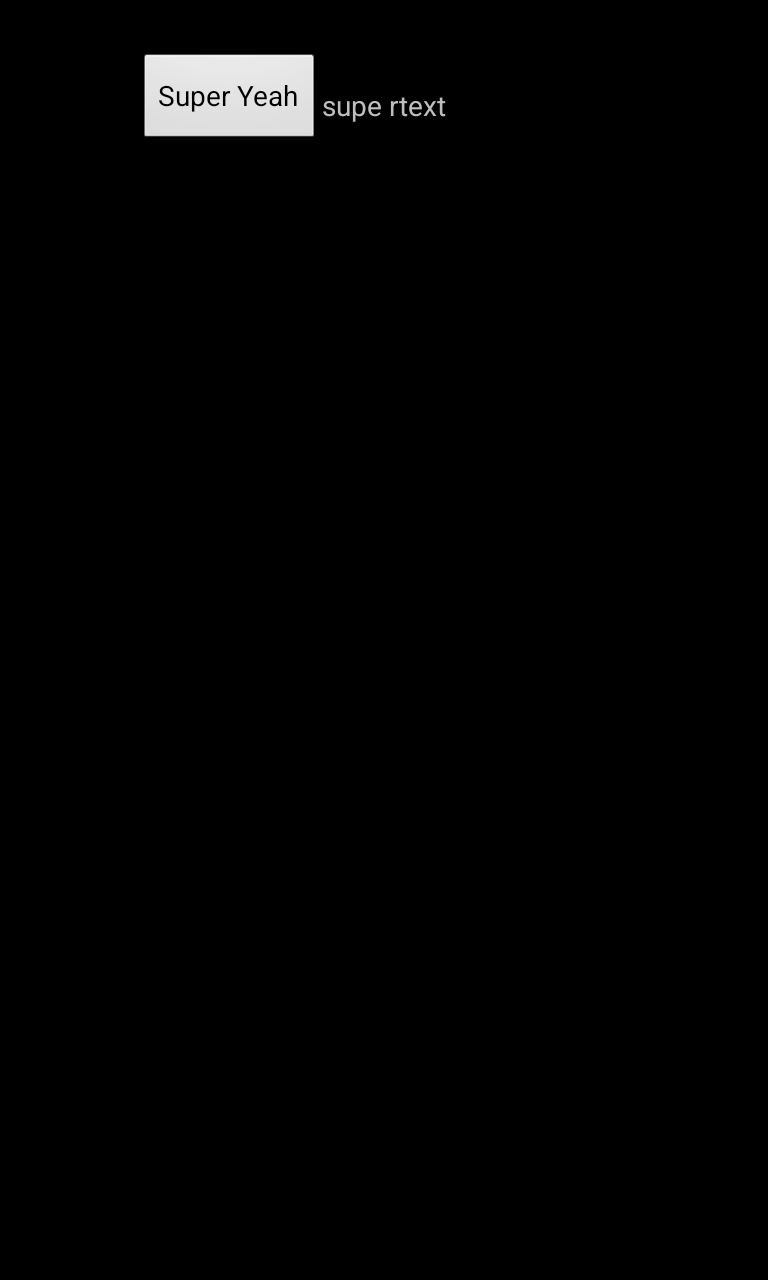
Repository: invader777/M-G
Layout: AndroidApp/res/layout/activity_main.xml
The author's editor kept a copy of each file at every save. The layout is drawn from the files as they stood at one save, then again after the next save.
It is drawn on a 768 x 1280 px phone screen (xhdpi) without system bars, with theme android:Theme; the app's code is not run.

Above is the layout before, as saved 2012-09-03 18:12:09.

After the next save:
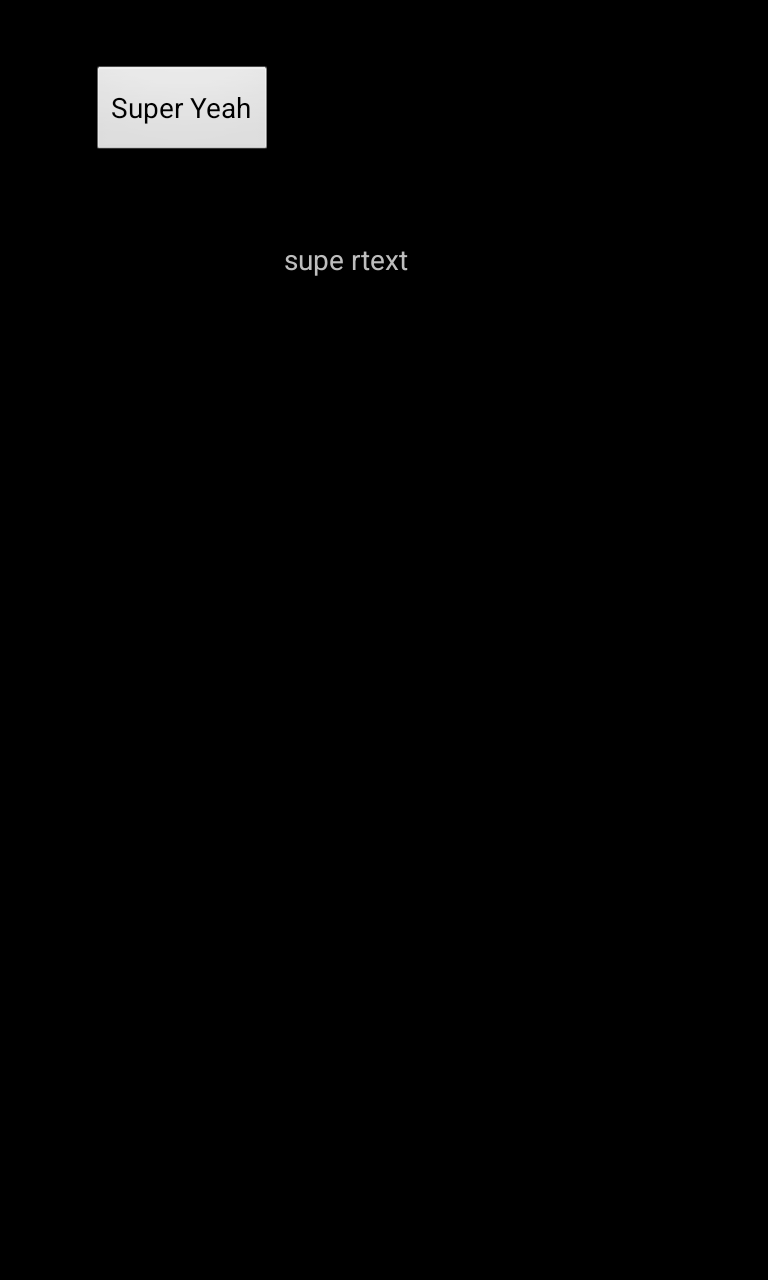
Saved 6 min 51 s later.
--- a/AndroidApp/res/layout/activity_main.xml
+++ b/AndroidApp/res/layout/activity_main.xml
@@ -3,22 +3,25 @@
     android:layout_width="match_parent"
     android:layout_height="match_parent" >
 
+    <Button
+        android:id="@+id/button1"
+        android:layout_width="wrap_content"
+        android:layout_height="wrap_content"
+        android:layout_alignParentLeft="true"
+        android:layout_alignParentTop="true"
+        android:layout_marginLeft="45dp"
+        android:layout_marginTop="32dp"
+        android:text="@string/super_yeah" />
+
     <TextView
         android:id="@+id/textView1"
         android:layout_width="wrap_content"
         android:layout_height="wrap_content"
-        android:layout_centerHorizontal="true"
-        android:layout_marginTop="43dp"
+        android:layout_alignLeft="@+id/button1"
+        android:layout_below="@+id/button1"
+        android:layout_marginLeft="97dp"
+        android:layout_marginTop="40dp"
         android:text="@string/super_text"
         tools:context=".MainActivity" />
 
-    <Button
-        android:id="@+id/button1"
-        android:layout_width="wrap_content"
-        android:layout_height="wrap_content"
-        android:layout_alignParentTop="true"
-        android:layout_marginTop="26dp"
-        android:layout_toLeftOf="@+id/textView1"
-        android:text="@string/super_yeah" />
-
 </RelativeLayout>
